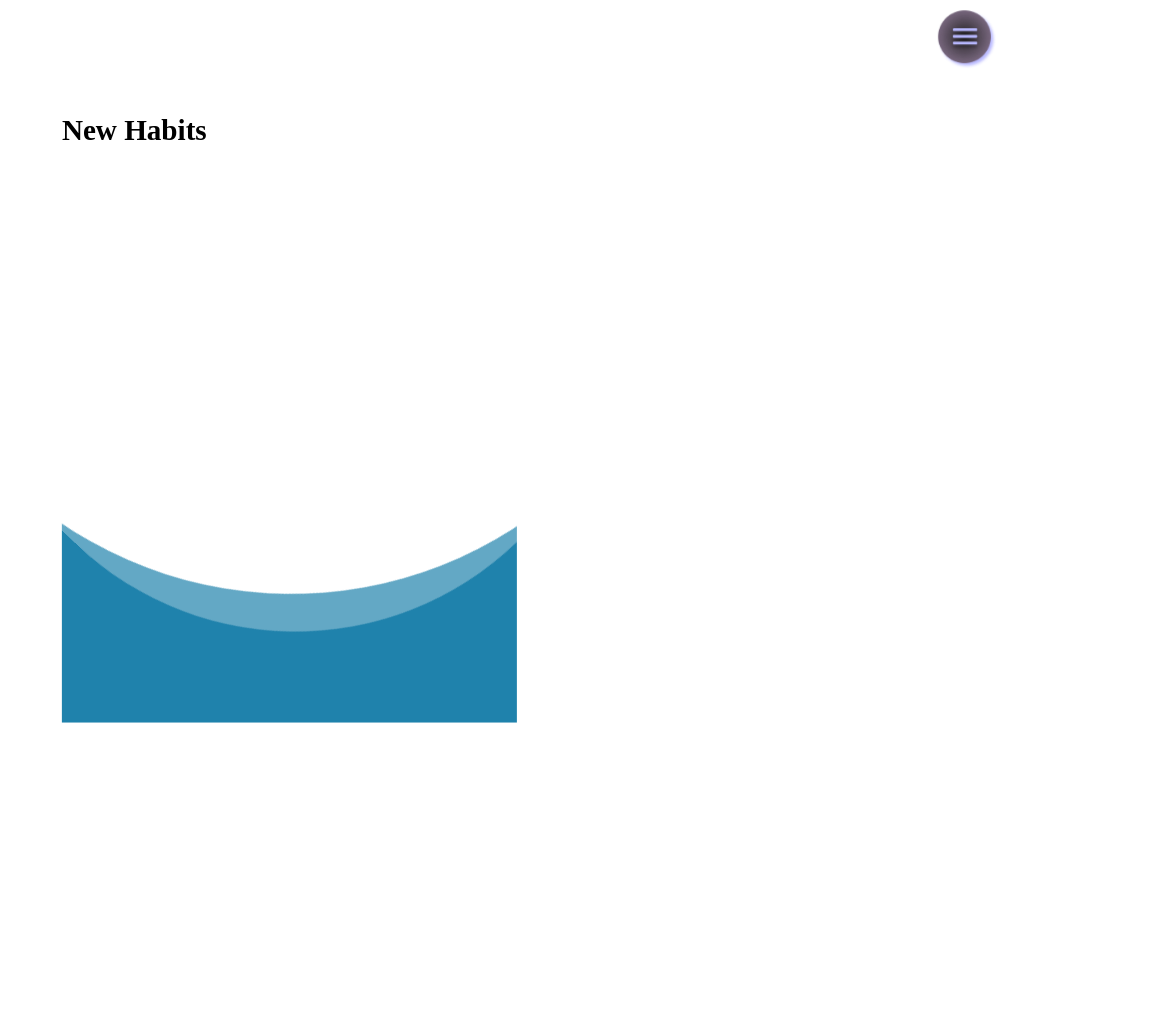
Repository: olivia-sk/MDIA-2109-2106-Big-Project
Page: /
An editor plug-in stored every save of this project. The page is shown before and after the next save, followed by the edit.
The browser window is 1280 px wide. The pictures show the whole page, at 91% of full size.
The project was rebuilt for these pictures with package versions that can differ from the ones it lists, and the page was loaded fresh each time. The framework's server and built-in components were replaced by stand-ins that run in the browser. Also part of the build but not shown: next.config.js, styles/globals.css, components/PieChart/PieChart.module.css, components/PieChart/index.js, components/Button/Button.module.css, components/Button/index.js.

Above is the page before, as saved 2023-04-15 13:24:35.

### pages/index.js
import Head from "next/head";
import Image from "next/image";
import styles from "@/styles/Home.module.css";
import Pie from "@/components/PieChart";
import Link from "next/link";
import Navigation from "@/components/Menu";
import Button from "@/components/Button";
import WaterWave from "@/components/WaterWave";

export default function Home() {
  return (
    <>
      <Head>
        <title>New Habits Web App</title>
        <meta
          name="description"
          content="To identify and help those who suffer from Substance Misuse"
        />
        <meta name="viewport" content="width=device-width, initial-scale=1" />
        <link rel="icon" href="/favicon.ico" />
      </Head>
      <main className={styles.main}>
        <div>
        <h1>New Habits</h1>
      <Navigation/>
        <WaterWave />
        </div>
      </main>
    </>
  );
}

### styles/Home.module.css
.main {
  display: flex;
  flex-direction: column;
  justify-content: space-between;
  align-items: center;
  padding: 6rem;
  width: 428px;
  height: 926px;
  background-color: (249, 249, 255);
}

### components/Menu/index.js
import React, { useRef } from 'react'
import styles from './Menu.module.css'
import Image from 'next/image'
import Link from 'next/link'

export default function Navigation() {
  const hamburgerRef = useRef();
  const navigationRef = useRef();

  const handleClickOutside = (event) => {
    const isClickInside =
      navigationRef.current.contains(event.target) ||
      hamburgerRef.current.contains(event.target);
    if (!isClickInside) {
      navigationRef.current.classList.remove(styles.active);
      hamburgerRef.current.classList.remove(styles.hidden);
    }
  };

  const handleHamburgerClick = () => {
    navigationRef.current.classList.add(styles.active);
    hamburgerRef.current.classList.add(styles.hidden);
  };

  React.useEffect(() => {
    document.addEventListener("click", handleClickOutside);

    return () => {
      document.removeEventListener("click", handleClickOutside);
    };
  }, []);

  return (
    <>
      <div className={styles.navigation} ref={navigationRef}>
        <button
          className={`${styles.hamburger} ${styles.bar}`}
          onClick={handleHamburgerClick}
          ref={hamburgerRef}
        >
          <Image src="/Menu/burger.png" width={65} height={65} alt='burger menu'/>
        </button>
        <nav>
          <h1 className={styles.menutitle}>Menu</h1>
          <ul>
            <li>
              <Link href="./pages/index.js">Home</Link>
            </li>
            <li>
              <Link href="./pages/5-GetStarted/index.js">Quiz</Link>
            </li>
            <li>
              <Link href="./pages/11-Disclaimer/disclaimer.js">Disclaimer</Link>
            </li>
            <li>
              <Link href="./pages/13-Resources/index.js">Resources</Link>
            </li>
          </ul>
        </nav>
      </div>
    </>
  );
}

### components/WaterWave/index.js
import styles from './Wave.module.css'

export default function WaterWave() {
  return (
    <>
        <div className={styles.container}>
            <div className={styles.water_wave}></div>
        </div>
    </>
  )
}

### components/Menu/Menu.module.css
.navigation {
  position: fixed;
  top: 0;
  right: -500px;
  width: 280px;
  height: 100%;
  background-image: url("/Menu/background.png");
  background-size: cover;
  transition: 0.5s;
  border-radius: 27px 0 0 27px;
}

.menutitle {
  font-family: 'Montserrat', sans-serif;
  font-style: normal;
  font-weight: 400;
  font-size: 24px;
  display: flex;
  align-items: left;
  color: rgba(255, 255, 255, 0.50);
  margin: 1.5rem;
}

.navigation ul li {
  display: flex;
  color: rgba(255, 255, 255, 0.5);
  line-height: 20px;
  text-align: left;
  font-weight: 500;
  list-style-type: none;
  font-size: 14px;
  padding: 20px 30px;
  border-bottom: 0px 64px 64px -32px rgba(41, 15, 0, 100);
  transition: all 0.3s ease;
}

.navigation ul li:hover {
  padding: 16px 20px;
  background-image: url("/Menu/hover.png");
  background-size: cover;
  border-radius: 12px;
  cursor: pointer;
}

.hamburger,
.bar {
  position: fixed;
}

.hamburger {
  display: flex;
  top: 6%;
  left: 80%;
  transform: translateY(-50%);
  border: 0;
  background: 0 0;
  margin-right: 10rem;
}

.hamburger.hidden {
  display: none;
}

.navigation.active {
  right: 0;
  z-index: 1;
}

### components/WaterWave/Wave.module.css
.container {
    display: flex;
    align-items: center;
    justify-content: center;
    min-height: 100vh;
}

.water_wave{
    width: 500px;
    height: 500px;
    background:#1f82ac;
    box-shadow: insert 0 0 20px 0 rgba(0,0,0,0.8);
    position: relative;
    overflow: hidden;
}

.water_wave:after,
.water_wave:before {
    content: "";
    position: absolute;
    width: 200%;
    height: 200%;
    top: -50%;
    left: 50%;
    background:#ffffff;
}

.water_wave:after{
    border-radius:45%;
    animation: water_wave 5s linear infinite;
}

.water_wave:before{
    border-radius: 35%;
    background: rgba(255,255,255,0.3);
    animation: water_wave 5s linear infinite;
}
@keyframes water_wave{
    0%{
        transform: translate(-50%,-50%) rotate(0deg);
        top: -30%;
    }
    50%{
        transform: translate(-50%,-50%) rotate(180deg);
        top: -40%;
    }
    100%{
        transform: translate(-50%,-50%) rotate(360deg);
        top: -30%;
    }




}

Loaded but not shown: pages/_app.js (common file); pages/_document.js (common file)

After the next save:
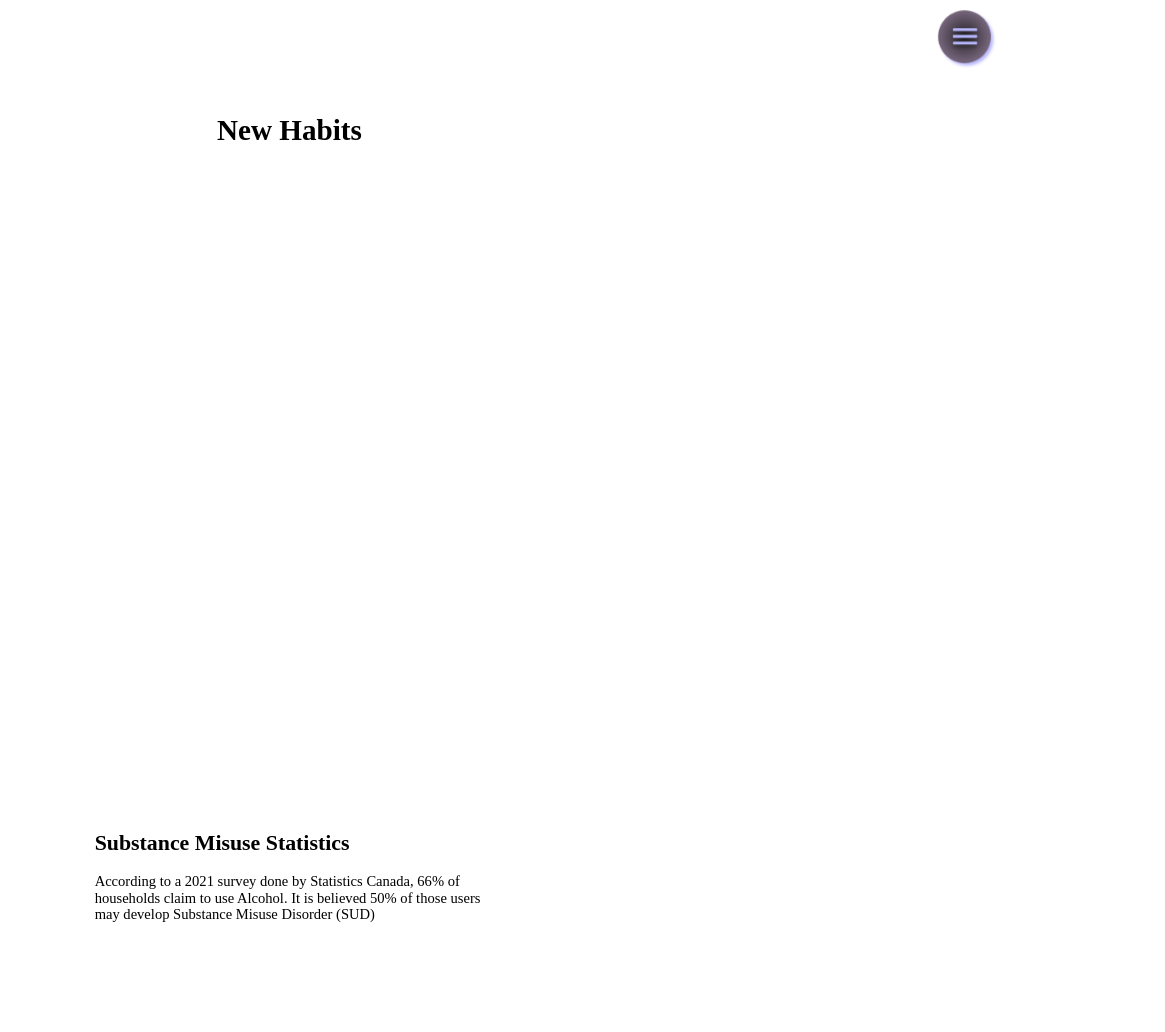
Saved 11 min 16 s later.
--- a/pages/index.js
+++ b/pages/index.js
@@ -20,10 +20,11 @@
         <link rel="icon" href="/favicon.ico" />
       </Head>
       <main className={styles.main}>
-        <div>
-        <h1>New Habits</h1>
+      <h1 className={styles.title}>New Habits</h1>
       <Navigation/>
-        <WaterWave />
+        <div className={styles.box}>
+        <h2>Substance Misuse Statistics</h2>
+        <p>According to a 2021 survey done by Statistics Canada, 66% of households claim to use Alcohol. It is believed 50% of those users may develop Substance Misuse Disorder (SUD)</p>
         </div>
       </main>
     </>
